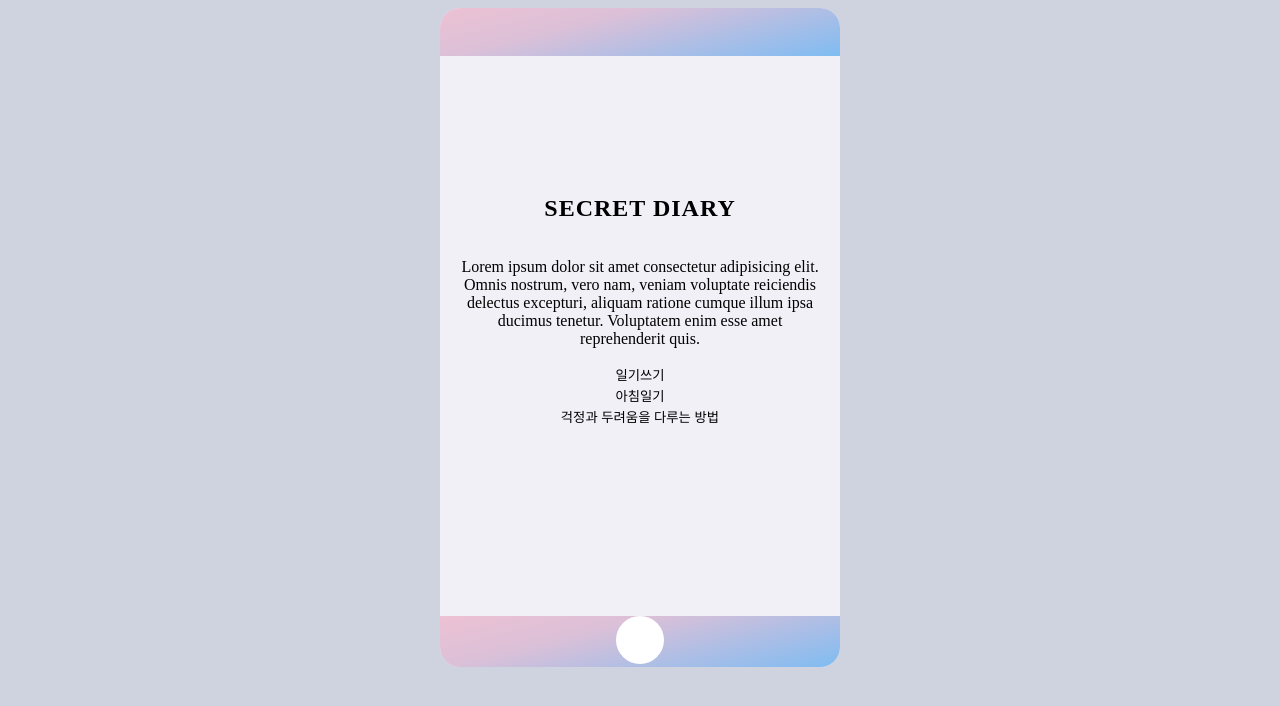
Repository: jinhee196/diary
Page: index.html
An editor plug-in stored every save of this project. The page is shown before and after the next save, followed by the edit.
The browser window is 1280 px wide. The pictures show the whole page.

Above is the page before, as saved 2021-06-04 13:47:21.

### index.html
<!DOCTYPE html>
<html lang="ko">
<head>
    <meta charset="UTF-8">
    <meta http-equiv="X-UA-Compatible" content="IE=edge">
    <meta name="viewport" content="width=device-width, initial-scale=1.0">
    <title>secret Note</title>
    <link rel="stylesheet" href="style.css">
</head>
<body>
  <div class="container">
      <header class="header"></header>

      <section id="main">
        <h1 class="title">SECRET DIARY</h1>
        <p class="main__desc">Lorem ipsum dolor sit amet consectetur adipisicing elit.
           Omnis nostrum, vero nam, veniam voluptate reiciendis delectus excepturi,
          aliquam ratione cumque illum ipsa ducimus tenetur. Voluptatem enim esse amet reprehenderit quis.</p>
        <button class="note1">일기쓰기</button>
        <button class="note2">아침일기</button>
        <button class="note3">걱정과 두려움을 다루는 방법</button>
      </section>

      <section id="morning">
        <p class="desc">Lorem ipsum dolor sit amet, </p>
        <ul class="items">
          <li class="item">test</li>
          <li class="item-sub">subtest</li>
          <li class="item">test</li>
          <li class="item">글자수에 따라 컨텐츠너비 변하겐</li>
          <li class="item-sub">subtest</li>
          <li class="item-sub">subtest</li>
          <li class="item">가변길이</li>
          <li class="item-sub">subtest</li>
          <li class="item-sub">subtest</li>
          <li class="item-sub">subtest</li>
        </ul>
        <div class="message">
        <input type="text" class="footer__input" />
        <button class="footer__submit">보내기</button>
        </div>
    </section>

    <footer class="footer">

      <button class="footer__button">
         <i class="fas fa-plus"></i>
       </button>
     </footer>
  </div>
</body>
</html>

### style.css
* {
  box-sizing: border-box;
}
ul {
  padding: 0;
}

button {
  outline: none;
  background: transparent;
  border: none;
  cursor: pointer;
}
body {
  background-color: #ced3df;
  text-align: center;
}

section {
  height: 560px;
}
.container {
  width: 400px;
  margin: auto;
  background-color: #f1f0f7;
  border-radius: 20px;
}

.header {
  height: 48px;
  padding: 8px;
  font-size: 24px;
  background: rgba(237, 193, 211);

  background: linear-gradient(
    166deg,
    rgba(237, 193, 211, 1) 0%,
    rgba(219, 192, 216, 1) 35%,
    rgba(127, 188, 242, 1) 100%
  );
  border-radius: 20px 20px 0 0;
  color: #fff;
}

#main {
  display: flex;
  flex-direction: column;
  justify-content: center;
}
.title {
  letter-spacing: 1px;
  margin-top: -50px;
}
.main__desc {
  padding: 0 20px;
}
.note1 {
}
.note2 {
}
.note3 {
}

#morning {
  display: none;
}
.desc {
  width: 370px;
  height: 60px;
  font-size: 11px;
  text-align: left;
  padding: 15px 30px;
  margin: 15px auto 0;
  background-color: #fff;
  border-radius: 5px;
}
.items {
  height: 500px;
  overflow-y: auto;
  margin: 0;
}

.item {
  padding: 8px 15px;
  margin: 10px;
  border-radius: 15px;
  background: rgba(237, 193, 211);
  display: inline-block;
  float: left;
  clear: both;
}
.item-sub {
  padding: 8px 15px;
  margin: 10px;
  border-radius: 15px;
  background: rgba(127, 188, 242, 1);
  display: inline-block;
  float: right;
  clear: both;
}

.footer {
  background: rgba(237, 193, 211);

  background: linear-gradient(
    166deg,
    rgba(237, 193, 211, 1) 0%,
    rgba(219, 192, 216, 1) 35%,
    rgba(127, 188, 242, 1) 100%
  );
  border-radius: 0 0 20px 20px;
}
.message {
  width: 100%;
}
.footer__input {
  width: 88%;
  height: 32px;
  border: none;
  outline: none;
  font-size: 14px;
  font-weight: 400;
  padding: 0 16px;
  float: left;
  border-top: 1px solid rgba(237, 193, 211);
}

.footer__submit {
  width: 12%;
  height: 32px;
  float: right;
  background-color: rgba(237, 193, 211);
  font-size: 11px;
  padding: 0;
}
.footer__button {
  width: 48px;
  height: 48px;
  background-color: #fff;
  border-radius: 50%;
  color: #fff;
  font-size: 28px;
  transition: transform 300ms ease-in;
}

.footer__button:hover {
  transform: scale(1.1);
}

After the next save:
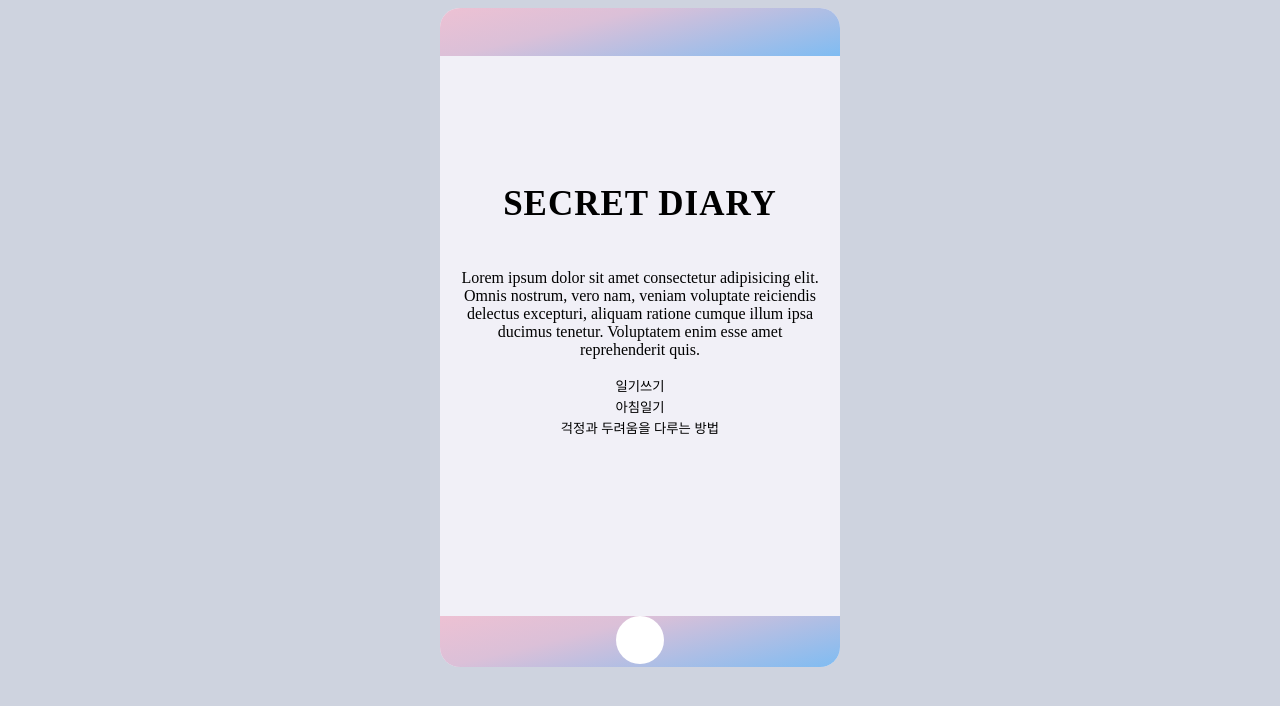
Saved 14 s later.
--- a/style.css
+++ b/style.css
@@ -49,6 +49,7 @@ section {
 }
 .title {
   letter-spacing: 1px;
+  font-size: 35px;
   margin-top: -50px;
 }
 .main__desc {
